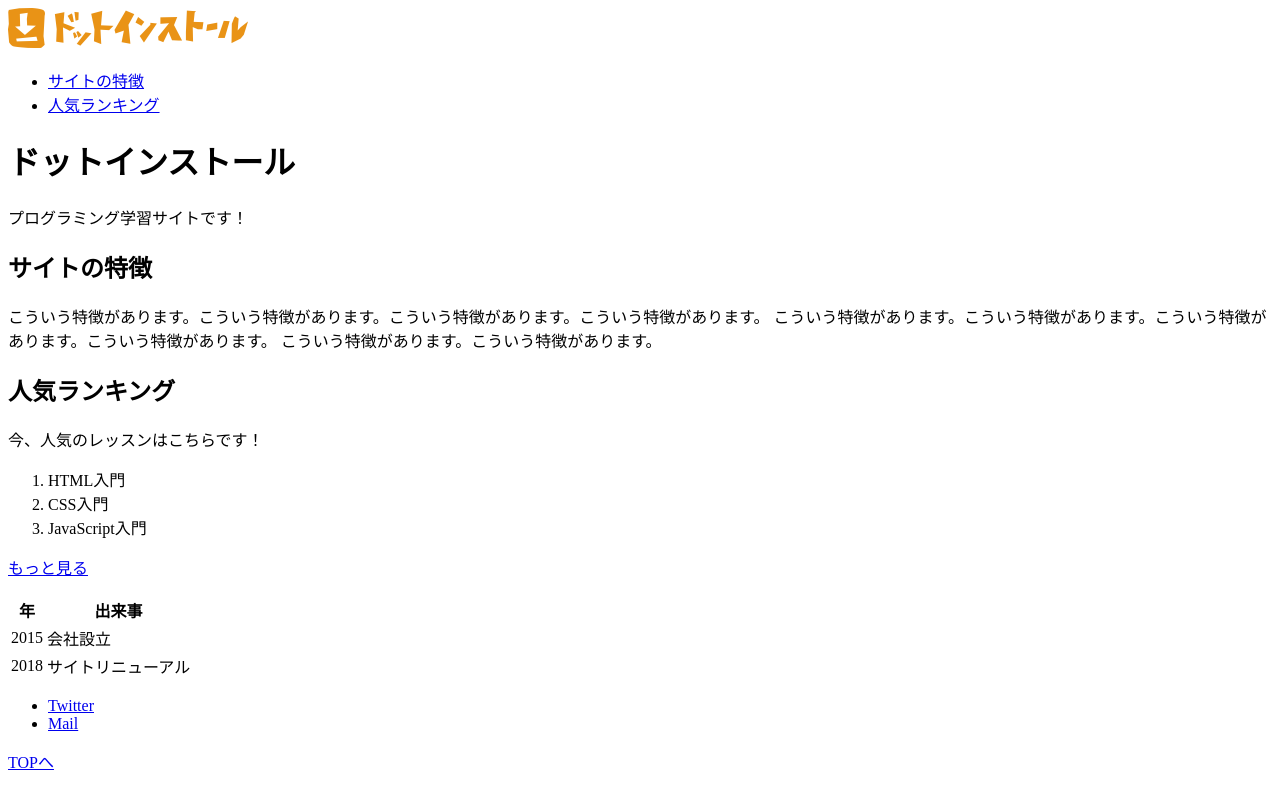
Repository: kojimayu/dotinstall-html
Page: index.html
An editor plug-in stored every save of this project. The page is shown before and after the next save, followed by the edit.
The browser window is 1280 px wide. The pictures show the whole page.

Above is the page before, as saved 2019-04-04 18:59:58.

After the next save:
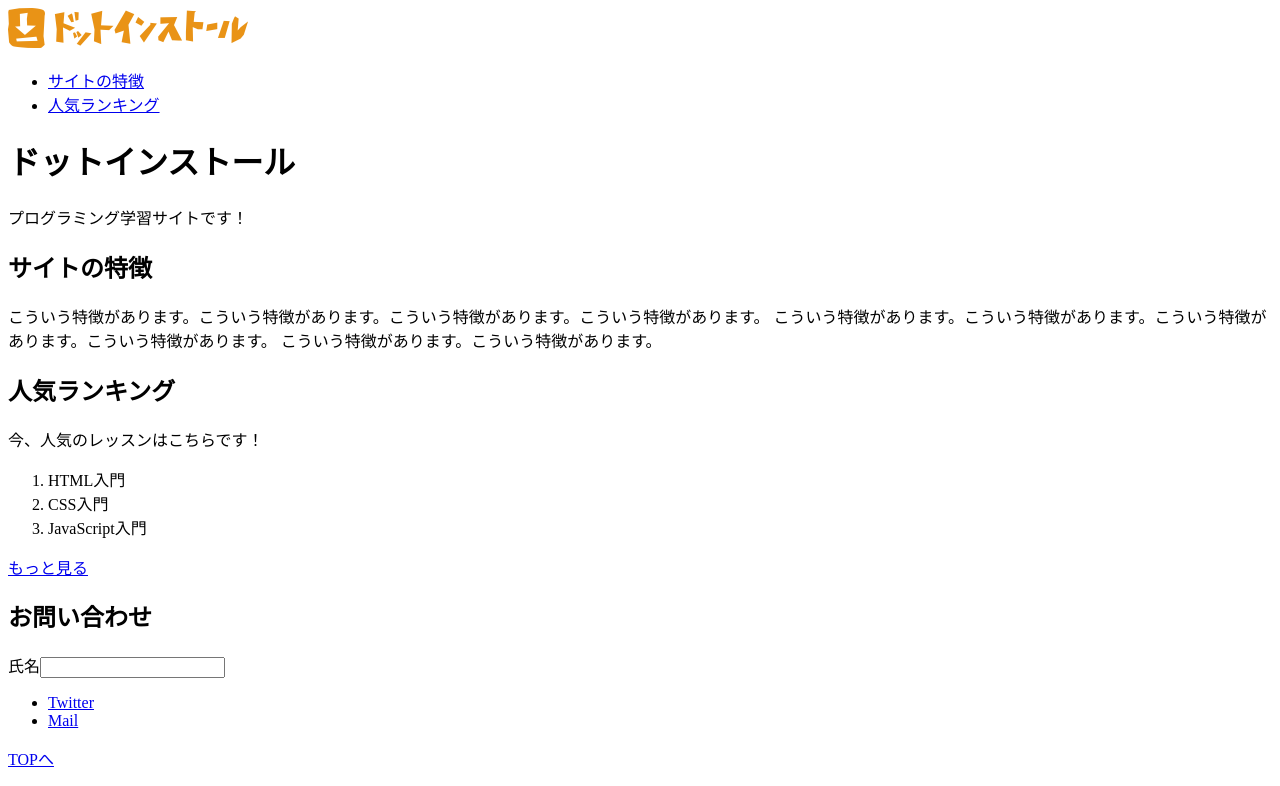
Saved 2 min 0 s later.
--- a/index.html
+++ b/index.html
@@ -34,16 +34,10 @@
     </ol>
     <p><a href="more_lessons.html">もっと見る</a></p>
 
-    <table>
-        <thead>
-            <tr><th>年</th><th>出来事</th></tr>
-        </thead>
-        <tbody>
-            <tr><td>2015</td><td>会社設立</td></tr>
-            <tr><td>2018</td><td>サイトリニューアル</td></tr>
-        </tbody>
-    </table>
-
+    <h2>お問い合わせ</h2>
+    <form>
+        <label>氏名<input type="text"></label>
+    </form>
     <ul>
         <li><a href="https://twitter.com/dotinstall" target="_blank">Twitter</a></li>
         <li><a href="mailto:taguch@gmail.com" target="_blank">Mail</a></li>
